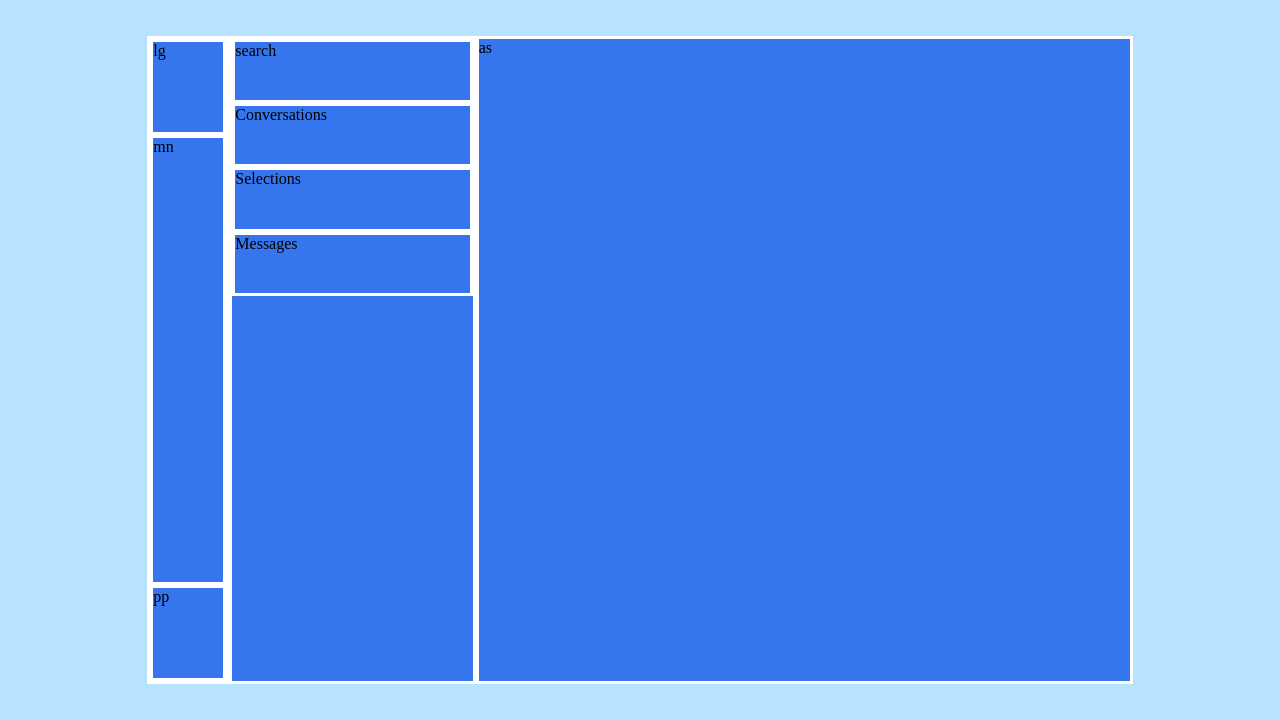
Repository: arafat877/super-chat
Page: /
An editor plug-in stored every save of this project. The page is shown before and after the next save, followed by the edit.
The browser window is 1280 px wide. The pictures show the whole page.
The project was rebuilt for these pictures with package versions that can differ from the ones it lists, and the page was loaded fresh each time. Also part of the build but not shown: src/App.scss.

Above is the page before, as saved 2020-08-05 14:48:55.

After the next save:
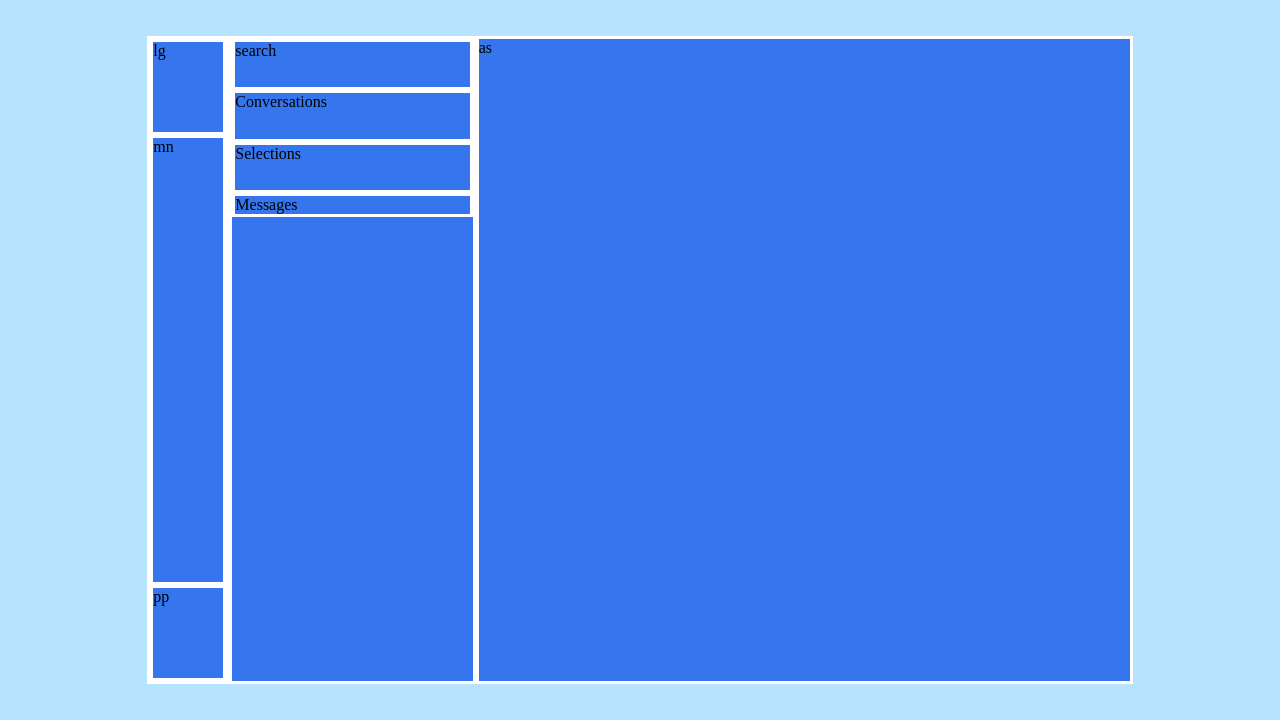
Saved 31 s later.
--- a/src/App.js
+++ b/src/App.js
@@ -47,19 +47,18 @@ const useStyles = makeStyles((theme) => ({
   },
   c2Search:{
     border: "solid white",
-    height: "10%",
+    height: "8%",
   },
   c2Conv:{
     border: "solid white",
-    height: "10%",
+    height: "8%",
   },
   c2Select:{
     border: "solid white",
-    height: "10%",
+    height: "8%",
   },
   c2Messages:{
     border: "solid white",
-    height: "10%",
   }
 }));
 
